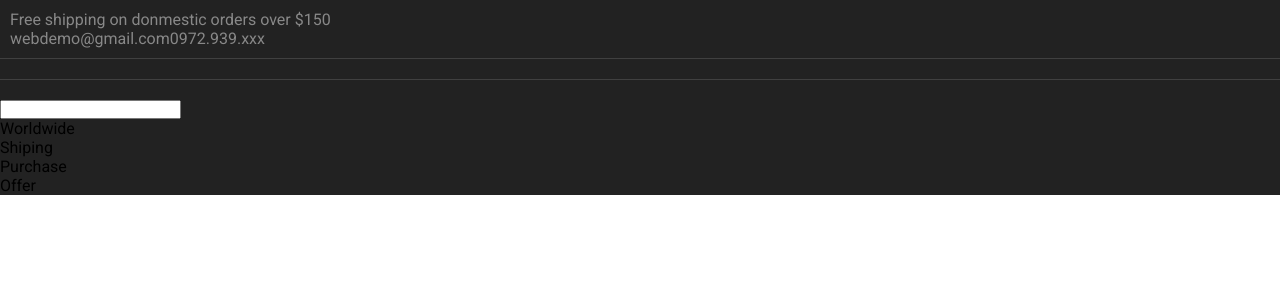
Repository: ldminh95/demo01
Page: index.html
The author's editor kept a copy of each file at every save. The page is drawn from the files as they stood at one save, then again after the next save.
The browser window is 1280 px wide. The pictures show the whole page.

Above is the page before, as saved 2023-09-09 15:56:22.

### index.html
<!DOCTYPE html>
<html lang="en">
<head>
    <meta charset="UTF-8">
    <meta name="viewport" content="width=device-width, initial-scale=1.0">
    <title>Mẫu web điện máy</title>
    <link rel="stylesheet" href="style.css">
</head>
<body>
    <header>
        <div class="header_info">
            <div class="inner">
                <div class="info_left">
                    <p>Free shipping on donmestic orders over $150</p>
                </div>
                <div class="info_right">
                    <p>webdemo@gmail.com</p>
                    <p>0972.939.xxx</p>
                </div>
            </div>
        </div>
        <div class="header_info">
        </div>
        <div class="header_logo">
            <figure class="logo">
                <img src="" alt="">
            </figure>
            <div class="search">
                <input type="text">
            </div>
            <div class="discount">
                <p>Worldwide<br>Shiping</p>
                <p>Purchase<br>Offer</p>
            </div>
        </div>
    </header>
</body>
</html>

### style.css
@import url('https://fonts.googleapis.com/css2?family=Roboto:ital,wght@0,100;0,300;0,400;0,500;0,700;0,900;1,100;1,300;1,400;1,500;1,700;1,900&display=swap');
* {
    padding: 0;
    margin: 0;
    box-sizing: border-box;
}
body {
    font-size: 16px;
    font-family: 'Roboto', sans-serif;
}
.inner {
    max-width: 1380px;
    width: 100%;
    padding: 0 10px;
    margin: auto;
}
header {
    background-color: #222222;
}
.header_info {
    display: flex;
    justify-content: space-between;
    padding: 10px 0;
    border-bottom: 1px solid #404040;
}
.header_info .info_right {
    display: flex;
}
.header_info p {
    color: #888888;
}

After the next save:
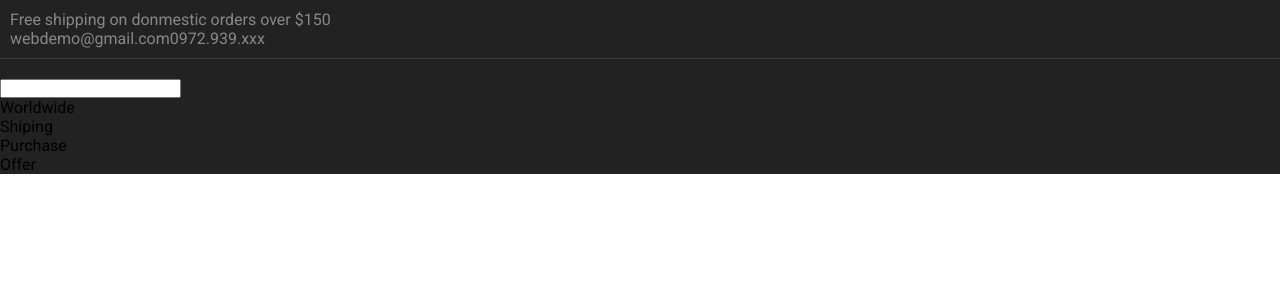
Saved 8 s later.
--- a/index.html
+++ b/index.html
@@ -19,8 +19,6 @@
                 </div>
             </div>
         </div>
-        <div class="header_info">
-        </div>
         <div class="header_logo">
             <figure class="logo">
                 <img src="" alt="">
